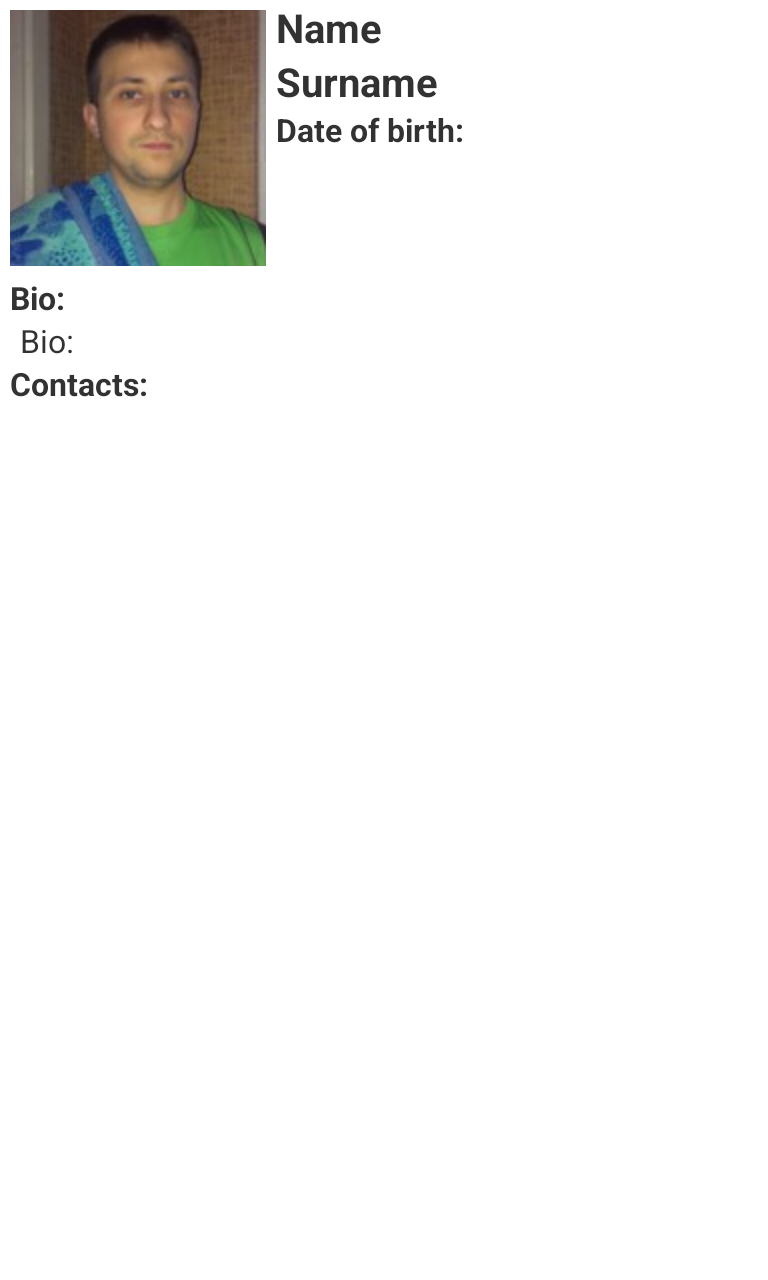
Repository: VanchT/42-test-ivtolkachev
Layout: FacebookFriends/res/layout/activity_main.xml
The author's editor kept a copy of each file at every save. The layout is drawn from the files as they stood at one save, then again after the next save.
It is drawn on a 768 x 1280 px phone screen (xhdpi) without system bars, with theme AppTheme; the app's code is not run.

Above is the layout before, as saved 2013-01-09 08:57:28.

### FacebookFriends/res/layout/activity_main.xml
<RelativeLayout xmlns:tools="http://schemas.android.com/tools"
    android:layout_width="match_parent"
    android:layout_height="match_parent"
    tools:context=".MainActivity" xmlns:android="http://schemas.android.com/apk/res/android">

    <ImageView
        android:id="@+id/image_me"
        android:layout_width="wrap_content"
        android:layout_height="wrap_content"
        android:layout_alignParentLeft="true"
        android:layout_alignParentTop="true"
        android:contentDescription="@string/me_image_description"
        android:src="@drawable/me"
        android:layout_margin="5dp"/>

    <TextView
        android:id="@+id/name_me"
        android:layout_width="wrap_content"
        android:layout_height="wrap_content"
        android:layout_toRightOf="@id/image_me"
        android:textStyle="bold"
        android:textSize="20sp"
        android:text="@string/me_name"
        />

    <TextView
        android:id="@+id/surname_me"
        android:layout_width="wrap_content"
        android:layout_height="wrap_content"
        android:layout_toRightOf="@id/image_me"
        android:layout_below="@id/name_me"
        android:textStyle="bold"
        android:textSize="20sp"
        android:text="@string/me_surname"
        />

    <TextView
        android:id="@+id/birthday_me_lable"
        android:layout_width="wrap_content"
        android:layout_height="wrap_content"
        android:layout_toRightOf="@id/image_me"
        android:layout_below="@id/surname_me"
        android:textStyle="bold"
        android:textSize="16sp"
        android:text="@string/me_birth"
        />

    <TextView
        android:id="@+id/birthday_me"
        android:layout_width="wrap_content"
        android:layout_height="wrap_content"
        android:layout_toRightOf="@id/image_me"
        android:layout_below="@id/birthday_me_lable"
        android:layout_marginLeft="10dp"
        android:textSize="16sp"
        />

 <TextView
        android:id="@+id/bio_me_lable"
        android:layout_width="wrap_content"
        android:layout_height="wrap_content"
        android:layout_below="@id/image_me"
        android:layout_alignLeft="@id/image_me"
        android:textStyle="bold"
        android:textSize="16sp"
        android:text="@string/me_bio"
        />

 <TextView
        android:id="@+id/bio_me"
        android:layout_width="match_parent"
        android:layout_height="wrap_content"
        android:layout_below="@id/bio_me_lable"
        android:layout_alignParentLeft="true"
        android:layout_marginLeft="10dp"
        android:textSize="16sp"
        android:text="@string/me_bio"
        />

 <TextView
        android:id="@+id/contacts_me_lable"
        android:layout_width="wrap_content"
        android:layout_height="wrap_content"
        android:layout_below="@id/bio_me"
        android:layout_alignLeft="@id/image_me"
        android:textStyle="bold"
        android:textSize="16sp"
        android:text="@string/me_contacts"
        />

</RelativeLayout>

### FacebookFriends/res/values/strings.xml
<?xml version="1.0" encoding="utf-8"?>
<resources>

    <string name="app_name">FacebookFriends</string>
    <string name="menu_settings">Settings</string>
    <string name="me_name">Name</string>
    <string name="me_surname">Surname</string>
    <string name="me_birth">Date of birth:</string>
    <string name="me_bio">Bio:</string>
    <string name="me_contacts">Contacts:</string>
    <string name="me_image_description">Me</string>

</resources>

Loaded but not shown: FacebookFriends/res/values/styles.xml (common file); FacebookFriends/res/values-v11/styles.xml (common file); FacebookFriends/res/values-v14/styles.xml (common file)

After the next save:
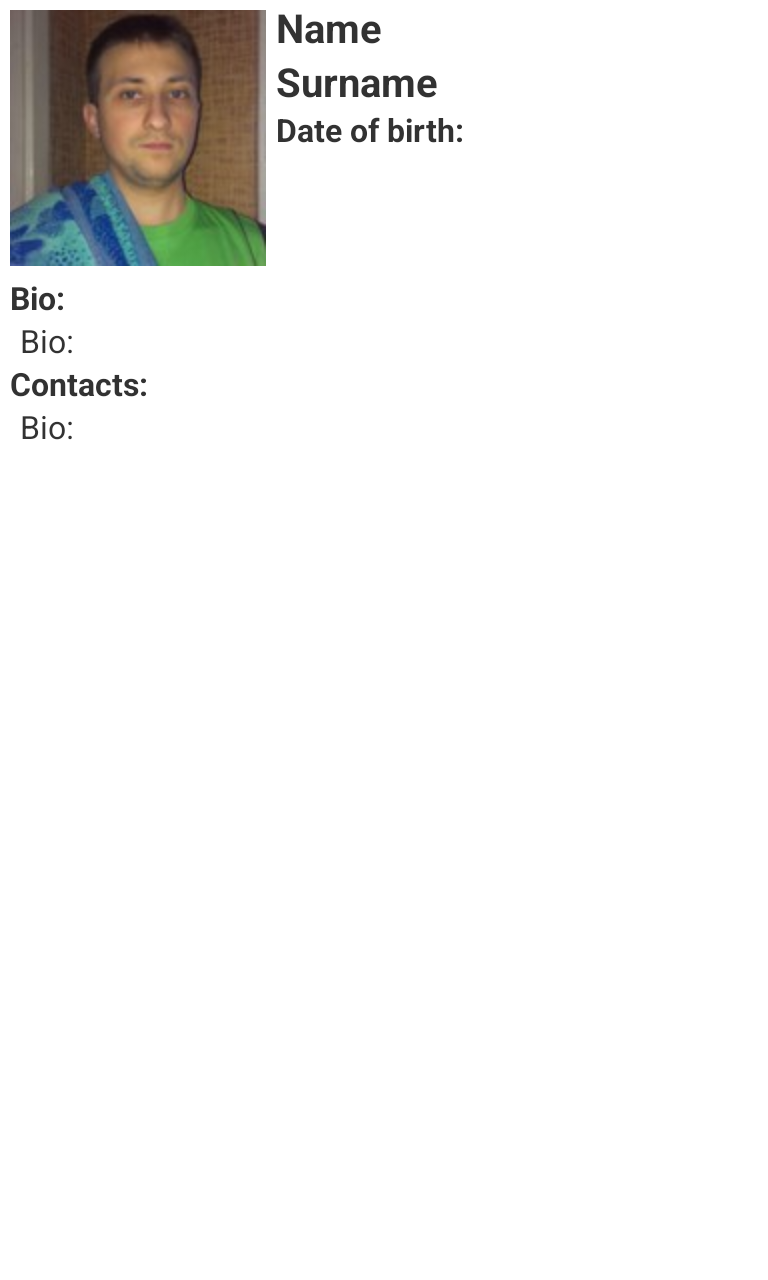
Saved 59 s later.
--- a/FacebookFriends/res/layout/activity_main.xml
+++ b/FacebookFriends/res/layout/activity_main.xml
@@ -88,4 +88,15 @@
         android:text="@string/me_contacts"
         />
 
+ <TextView
+        android:id="@+id/contacts_me"
+        android:layout_width="match_parent"
+        android:layout_height="wrap_content"
+        android:layout_below="@id/contacts_me_lable"
+        android:layout_alignParentLeft="true"
+        android:layout_marginLeft="10dp"
+        android:textSize="16sp"
+        android:text="@string/me_bio"
+        />
+
 </RelativeLayout>
